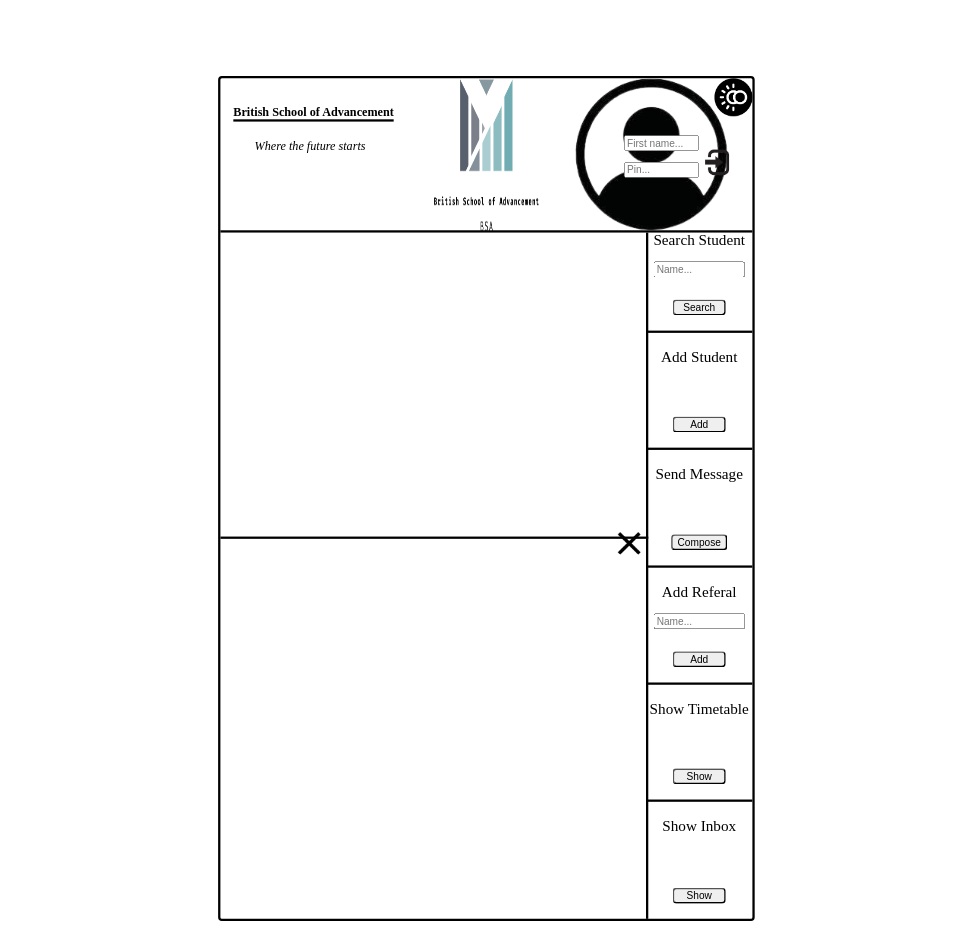
Repository: ghend99/Guardian-Application
Page: index.html
An editor plug-in stored every save of this project. The page is shown before and after the next save, followed by the edit.
The browser window is 1280 px wide. The pictures show the whole page, at 76% of full size.

Above is the page before, as saved 2023-06-05 20:59:07.

### index.html
<!DOCTYPE html>
<html lang="en">
  <head>
    <meta charset="UTF-8" />
    <meta http-equiv="X-UA-Compatible" content="IE=edge" />
    <meta name="viewport" content="width=device-width, initial-scale=1.0" />
    <title>Document</title>
    <link rel="stylesheet" href="style.css" />
  </head>
  <body>
    <div id="main-container">
      <div id="header-container">
        <div id="header-container-left-section">
          <p id="header-school-name" class="page-headers">
            British School of Advancement
          </p>
          <p id="header-school-slogan" class="page-headers">
            Where the future starts
          </p>
        </div>
        <div id="header-container-middle-section">
          <img class="header-middle-section-logo" src="./images/logo.png" />
        </div>
        <div id="header-container-right-section">
          <input
            id="header-login-input-fullname"
            class="login-input-fullname login-input input"
            type="text"
            placeholder="First name..."
          />
          <input
            id="header-login-input-pin"
            class="login-input-pin login-input input"
            placeholder="Pin..."
            type="password"
          />
          <img
            id="header-login-button"
            class="login-button"
            src="./images/login-button.png"
          />
          <img class="header-dark-mode-toggle" src="./images/dark-mode.png" />
          <img class="login-modal-open" src="./images/login.png" />
        </div>
      </div>
      <div id="sidebar-container">
        <div id="sidebar-link-container1" class="sidebar-link-container">
          <p class="sidebar-link-header page-headers">Search Student</p>
          <input class="sidebar-input input" placeholder="Name..." />
          <button class="sidebar-search-button submit-button">Search</button>
        </div>
        <div id="sidebar-link-container2" class="sidebar-link-container">
          <p class="sidebar-link-header page-headers">Add Student</p>
          <button id="add-student" class="sidebar-search-button submit-button">
            Add
          </button>
        </div>
        <div id="sidebar-link-container3" class="sidebar-link-container">
          <p class="sidebar-link-header page-headers">Send Message</p>
          <button
            id="compose-message-open"
            class="sidebar-search-button submit-button"
          >
            Compose
          </button>
        </div>
        <div id="sidebar-link-container4" class="sidebar-link-container">
          <p class="sidebar-link-header page-headers">Add Referal</p>
          <input
            id="add-referal-fullname"
            class="sidebar-input input"
            placeholder="Name..."
          />
          <button id="add-referal" class="sidebar-search-button submit-button">
            Add
          </button>
        </div>
        <div id="sidebar-link-container5" class="sidebar-link-container">
          <p class="sidebar-link-header page-headers">Show Timetable</p>
          <button
            id="timetable-open"
            class="sidebar-search-button submit-button"
          >
            Show
          </button>
        </div>
        <div id="sidebar-link-container6" class="sidebar-link-container">
          <p class="sidebar-link-header page-headers">Show Inbox</p>
          <button id="inbox-open" class="sidebar-search-button submit-button">
            Show
          </button>
        </div>
      </div>
      <img class="sidebar-open" src="./images/menu.png" />

      <div id="student-information-container">
        <h1
          id="student-information-name-header"
          class="student-information page-headers"
        >
          Student Name:
        </h1>
        <h3 class="student-information student-information-general-header">
          General Information
        </h3>
        <p id="student-information-first-name" class="student-information">
          First Name:
        </p>
        <p id="student-information-last-name" class="student-information">
          Last Name:
        </p>
        <p id="student-information-year" class="student-information">
          Year Group:
        </p>
        <p id="student-information-referals" class="student-information">
          Referals:
        </p>
        <p id="password-reset" class="student-information">Reset Password</p>
      </div>

      <div id="student-management-container">
        <p class="student-management-heading"></p>
        <img id="student-management-close" src="./images/close.png" />
        <div id="timetable-container"></div>
        <div id="inbox-container">
          <div id="inbox-header">
            <p>Date</p>
            <p>Sender</p>
            <p>Reciever</p>
            <p>Subject</p>
            <p>Message</p>
          </div>
          <div id="inbox-line">
            <p></p>
            <p></p>
            <p></p>
            <p></p>
            <p></p>
          </div>
        </div>
      </div>
    </div>

    <script src="main.js"></script>
  </body>
</html>

### style.css
#main-container {
  position: relative;
  left: 50%;
  transform: translate(-50%);
  max-width: 50%;
  min-width: 700px;
  max-height: 1200px;
  min-height: 1000px;
  margin-top: 100px;
  border: solid;
  border-radius: 5px;
}

#header-container {
  display: grid;
  grid-template-columns: 1fr 1fr 1fr;
  grid-template-rows: 1fr;
  max-height: 200px;
  min-height: 150px;
  width: 100%;
  border-bottom: solid;
}

#header-school-name {
  position: absolute;
  top: 20px;
  left: 17px;
  font-size: clamp(1rem, 1vw, 2rem);
  font-weight: bold;
  border-bottom: solid;
}

#header-school-slogan {
  position: absolute;
  top: clamp(5%, 70px, 80px);
  left: clamp(45px, 5%, 70px);
  font-size: clamp(0.9rem, 1.5vw, 1rem);
  margin-top: 10px;
  font-style: italic;
}

#header-container-middle-section {
  display: flex;
  justify-content: center;
}

.header-middle-section-logo {
  width: 60%;
}

#header-login-input-fullname {
  position: absolute;
  top: 75px;
  width: 13%;
  right: 10%;
}

#header-login-input-pin {
  position: absolute;
  top: 110px;
  width: 13%;
  right: 10%;
}

#header-login-button {
  position: absolute;
  width: 50px;
  right: 3%;
  top: 85px;
}

.header-dark-mode-toggle {
  position: absolute;
  width: 50px;
  top: 0;
  right: 0;
  cursor: pointer;
}

#sidebar-container {
  position: absolute;
  display: grid;
  grid-template-columns: 1fr;
  grid-template-rows: 1fr 1fr 1fr 1fr 1fr 1fr;
  right: 0;
  bottom: 0;
  max-width: 30%;
  min-width: 20%;
  max-height: 1000px;
  min-height: 925px;
}

#sidebar-link-container1 {
  justify-content: center;
}

#sidebar-link-container6 {
  border-bottom: none;
}

.sidebar-link-container {
  position: relative;
  display: flex;
  justify-content: center;
  border-bottom: solid;
}

.sidebar-link-header {
  position: absolute;
  font-size: 20px;
}

.sidebar-input {
  position: absolute;
  margin-top: 60px;
  width: 80%;
}

.sidebar-search-button {
  position: absolute;
  max-width: 75%;
  min-width: 70px;
  bottom: 20px;
  border-radius: 5px;
}

.sidebar-open {
  position: absolute;
  width: 50px;
  right: 0;
  top: 155px;
  display: none;
}

#student-information-container {
  max-height: 800px;
  min-height: 400px;
  max-width: 80%;
  min-width: 50%;
  border-bottom: solid;
  border-right: solid;
}

#student-information-name-header {
  font-size: 30px;
  font-weight: bold;
  border-bottom: solid;
  width: fit-content;
  margin-left: 30px;
  margin-top: 0;
}

.student-information {
  margin-left: 40px;
  display: none;
}

.student-information-general-header {
  font-size: 24px;
  font-weight: bold;
  padding-left: 40px;
}

#password-reset {
  border-bottom: solid;
  font-weight: bold;
  width: fit-content;
  cursor: pointer;
}

#student-management-container {
  max-width: 80%;
  min-width: 50%;
  max-height: 600px;
  min-height: 500px;
  border-right: solid;
}

.student-management-heading {
  display: inline-block;
  font-size: 30px;
  margin: 0;
  margin-left: 20px;
  width: fit-content;
}

#student-management-close {
  position: absolute;
  bottom: 43.3%;
  right: 21%;
  width: 30px;
  cursor: pointer;
}

#timetable-container {
  position: relative;
  display: grid;
  grid-gap: 1em;
  grid-template-rows: repeat(var(--grid-rows), 1fr);
  grid-template-columns: repeat(var(--grid-cols), 1fr);
  /* top: 50px; */
  overflow: scroll;
  max-height: 90%;
  min-height: 466px;
  max-width: 99.6%;
  min-width: 250px;
  display: none;
}

#inbox-container {
  max-height: 90%;
  min-height: 466px;
  max-width: 99.6%;
  min-width: 250px;
  display: none;
}

#inbox-header {
  position: relative;
  display: grid;
  grid-template-columns: 1fr 1fr 1fr 1fr 1fr;
  grid-template-rows: 1fr;
  width: 100%;
  height: 50px;
  /* background-color: aqua; */
  overflow-y: auto;
  font-family: "Roboto", Arial;
}

#inbox-line {
  position: relative;
  display: grid;
  grid-template-columns: 1fr 1fr 1fr 1fr 1fr;
  grid-template-rows: 1fr;
  row-gap: 20px;
  width: 100%;
  height: 50px;
  /* background-color: darkorange; */
  overflow-y: auto;
  font-family: "EB Garamond", Arial;
}

Loaded but not shown: main.js (no stored copy; drawn as an empty file)

After the next save:
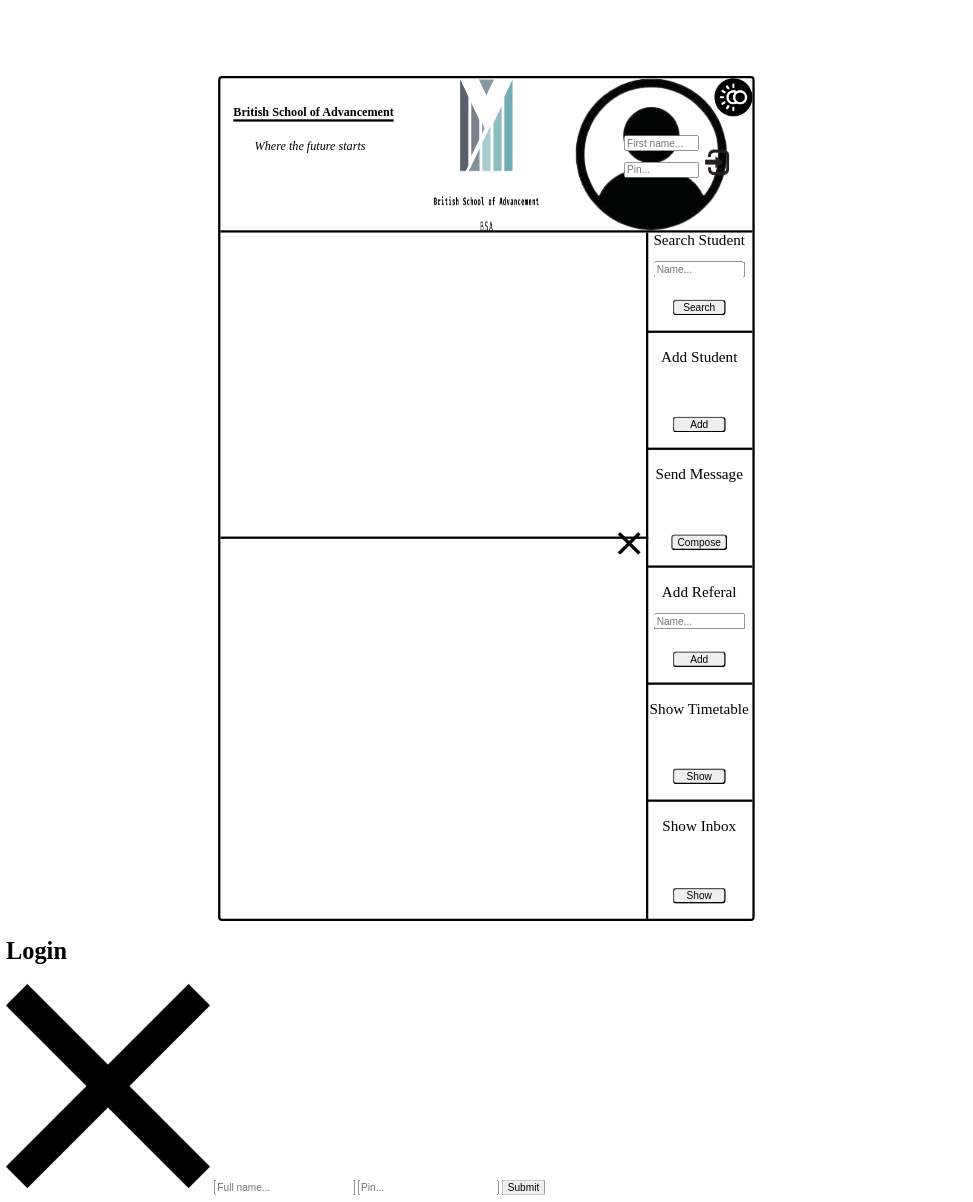
Saved 8 s later.
--- a/index.html
+++ b/index.html
@@ -141,6 +141,27 @@
       </div>
     </div>
 
+    <div id="login-modal-container">
+      <h1 class="login-modal-header modal-header page-headers">Login</h1>
+      <img
+        id="login-modal-close"
+        class="modal-close"
+        src="./images/close.png"
+      />
+      <input
+        id="login-modal-fullname"
+        class="login-input-fullname login-modal-input input"
+        type="text"
+        placeholder="Full name..."
+      />
+      <input
+        id="login-modal-pin"
+        class="login-input-pin login-modal-input input"
+        type="number"
+        placeholder="Pin..."
+      />
+      <input id="login-modal-submit" class="submit-button" type="submit" />
+    </div>
     <script src="main.js"></script>
   </body>
 </html>
